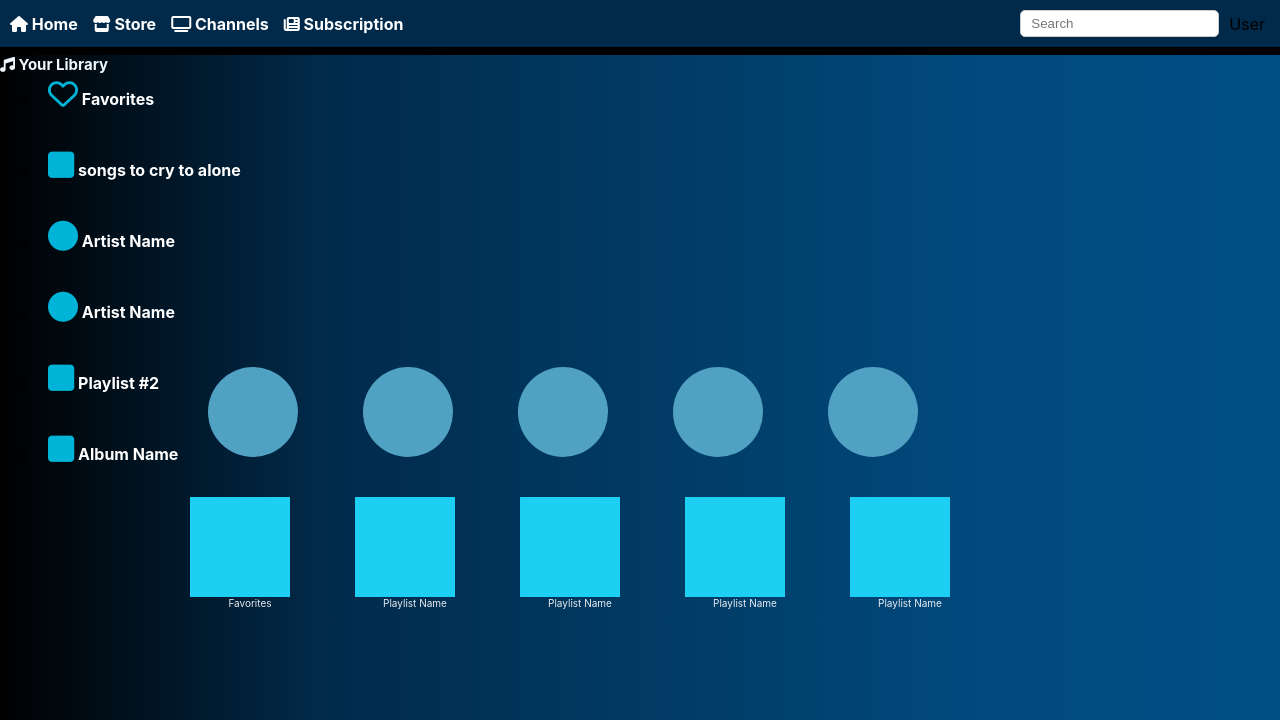
Repository: gordonnrat/group-2-project
Page: / (app in source-code/)
The author's editor kept a copy of each file at every save. The page is drawn from the files as they stood at one save, then again after the next save.
The browser window is 1280 px wide. The pictures show the whole page.
The project was rebuilt for these pictures with package versions that can differ from the ones it lists, and the page was loaded fresh each time. Also part of the build but not shown: source-code/src/App.css, source-code/src/App.js, source-code/src/components/pages/Login.js.

Above is the page before, as saved 2023-08-01 15:58:45.

After the next save:
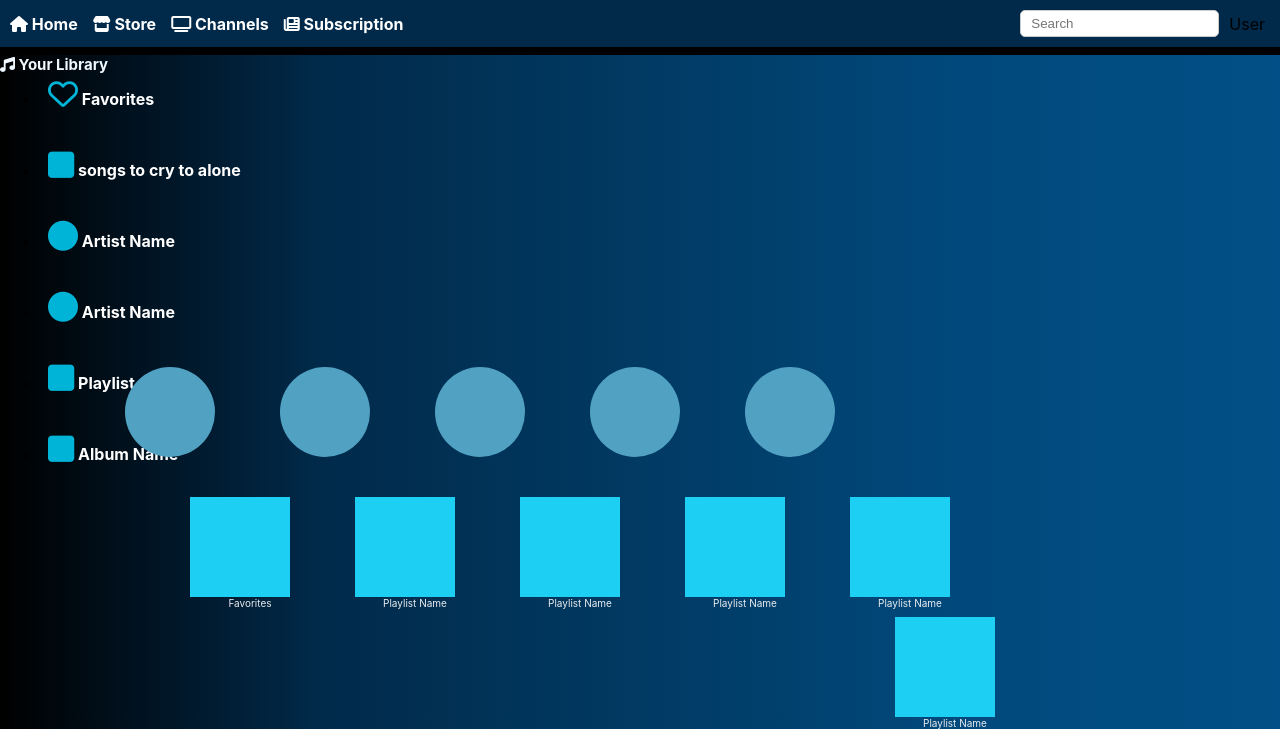
Saved 88 s later.
--- a/source-code/src/components/pages/Home.js
+++ b/source-code/src/components/pages/Home.js
@@ -96,6 +96,13 @@ function Home() {
 
 
 
+         {/* Additional Square 6 */}
+         <Link to="/Playlist">
+            <div className="square-container">
+              <div className="text">Playlist Name</div>
+              <div className="square square-yellow"></div>
+            </div>
+          </Link>
 
 
 
